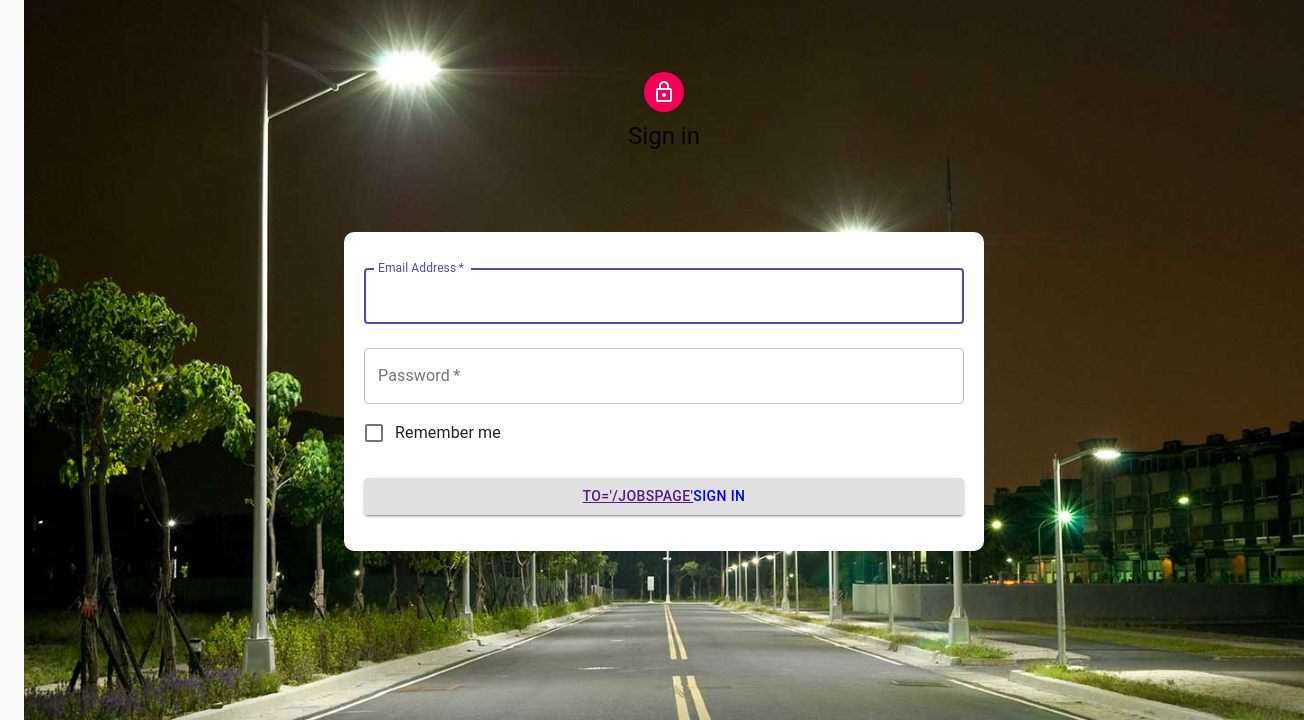
Repository: sapbrussels/intelligenthighway_webapp
Page: / (app in router/)
The author's editor kept a copy of each file at every save. The page is drawn from the files as they stood at one save, then again after a run of saves.
The browser window is 1280 px wide. The page is 1304 px wide, so the pictures cover 1304 px, including what lies to the right of the window. The pictures show the whole page.
The project was rebuilt for these pictures with package versions that can differ from the ones it lists, and the page was loaded fresh each time. Also part of the build but not shown: router/src/App.css, router/src/Title.js, router/src/Maps.js, router/src/Jobspage.js.

Above is the page before, as saved 2020-03-25 18:16:49.

After the next 2 saves:
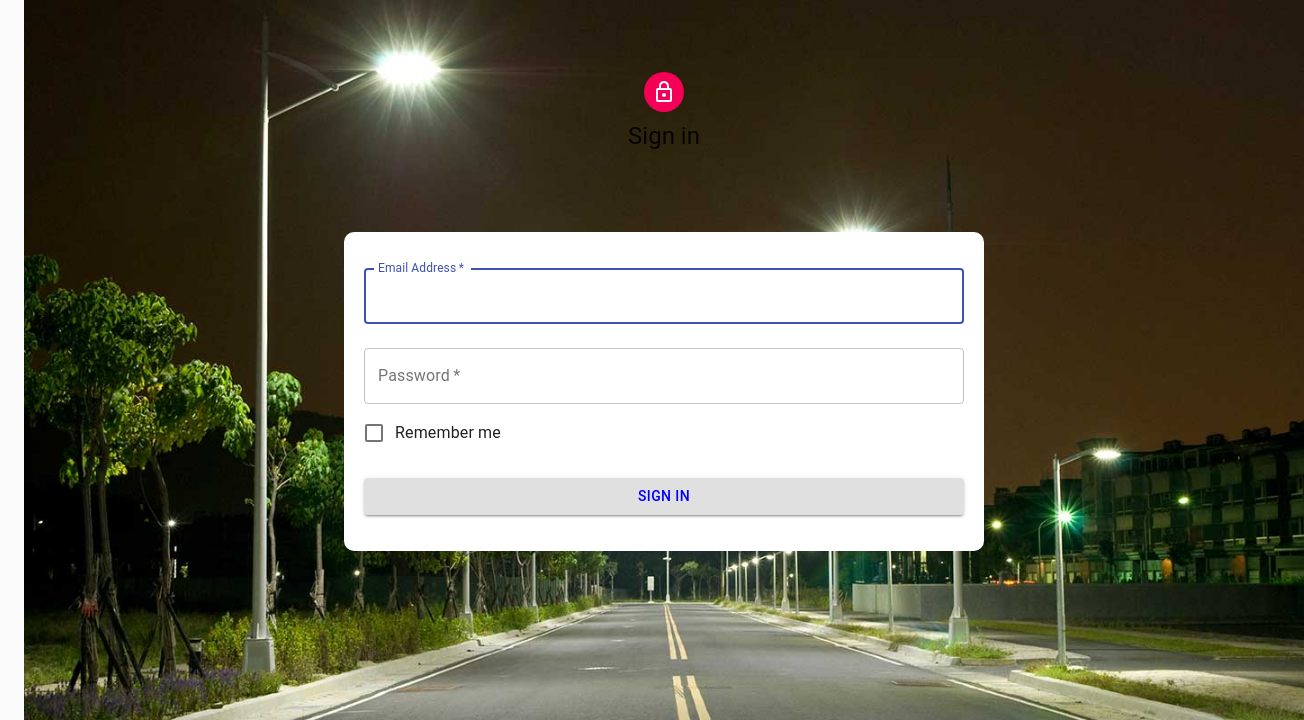
The 2 saves are shown as one change because 1 did not build or start.
The last was saved 7 min 43 s later.
--- a/router/src/Login.js
+++ b/router/src/Login.js
@@ -100,7 +100,7 @@ function SignInSide() {
                     color="green"
                     className={classes.submit}
                 >
-                    <Link> to='/Jobspage'</Link>
+                    <Link to='/Jobspage'></Link>
                     Sign In
                 </Button>
             </form>
